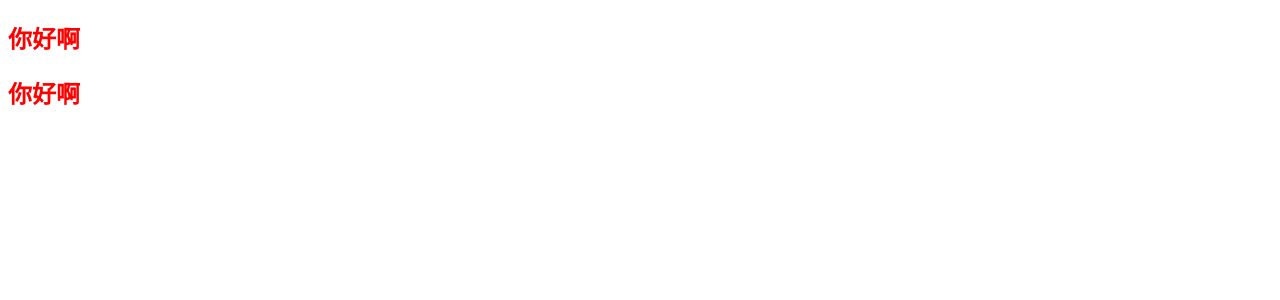
Repository: dashuizun/myProject
Page: Vue/VueZong/cs3.html
An editor plug-in stored every save of this project. The page is shown before and after the next save, followed by the edit.
The browser window is 1280 px wide. The pictures show the whole page.

Above is the page before, as saved 2020-11-06 11:24:00.

### Vue/VueZong/cs3.html
<!DOCTYPE html>
<html lang="en">

<head>
  <meta charset="UTF-8">
  <meta name="viewport" content="width=device-width, initial-scale=1.0">
  <title>Document</title>
  <style>
    .active {
      color: red;
    }
  </style>
</head>

<body>
  <script src="js/vue.js"></script>
  <div id="app">
    <h2 class="title" v-bind:class="{active: isActive}">{{message}}</h2>
    <h2 class="title" v-bind:class="{active: isActive}">{{message}}</h2>
  </div>
  <script>
    const app = new Vue({
      el: '#app',
      data: {
        message: '你好啊',
        isActive: true,
        isLine: true
      }
    })
  </script>

</body>

</html>

Loaded but not shown: Vue/VueZong/js/vue.js (library)

After the next save:
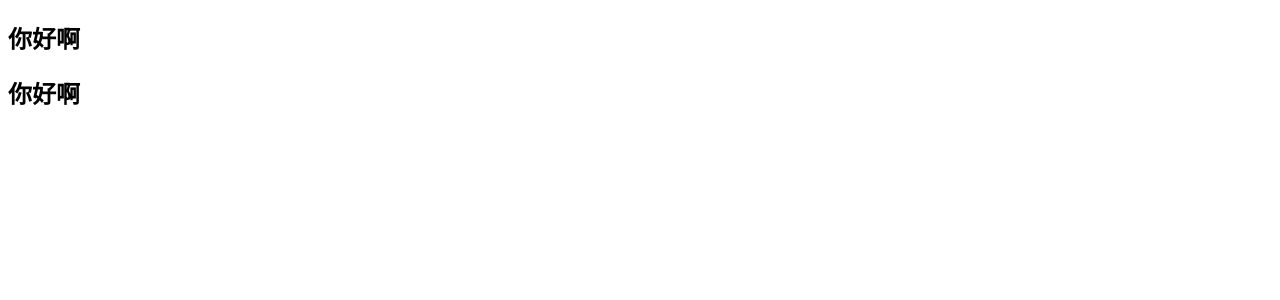
Saved 24 s later.
--- a/Vue/VueZong/cs3.html
+++ b/Vue/VueZong/cs3.html
@@ -23,8 +23,8 @@
       el: '#app',
       data: {
         message: '你好啊',
-        isActive: true,
-        isLine: true
+        yesActive: true,
+        noActive: false
       }
     })
   </script>
